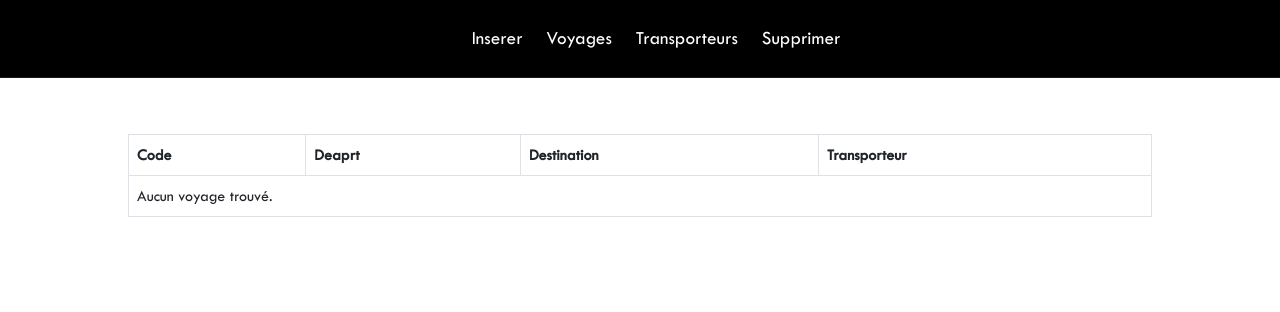
Repository: padevft/examen1-php
Page: http://localhost/server/pages/voyages.php
The author's editor kept a copy of each file at every save. The page is drawn from the files as they stood at one save, then again after the next save.
The browser window is 1280 px wide. The pictures show the whole page.
The page is run by PHP 8.4 with error messages shown; the project is at /var/www/html/.

Above is the page before, as saved 2023-10-10 23:29:54.

### server/pages/voyages.php
<?php
    // require_once('../voyage/includes/Voyage.php');
    // require_once('../voyage/modeleVoyage.php');
    function Ctr_Liste(){
        // return Mdl_Liste();
        return "";
    }
    $resultat = Ctr_Liste();
?>

<!DOCTYPE html>
<html lang="en">

<head>
  <meta charset="UTF-8" />
  <meta name="viewport" content="width=device-width, initial-scale=1.0" />
  <title>Examen1</title>

  <link rel="stylesheet" href="../../client/utilitaires/bootstrap/css/bootstrap.min.css">
  <link rel="stylesheet" href="../../client/utilitaires/font-awesome-4.7.0/css/font-awesome.min.css">
  <link rel="stylesheet" href="../../client/utilitaires/swiper/swiper-bundle.min.css">
  <link rel="stylesheet" href="../../client/css/styles.css">

</head>

<body>
  <header>
    <nav class="container-nav">
        <ul class="d-flex flex-row align-items-center justify-content-center gap-4 menu">
          <li><a href="./../../index.php" class="menu-item">Inserer</a></li>
            <li><a href="/server/pages/voyages.php" class="menu-item">Voyages</a></li>
            <li><a href="/server/pages/transporteurs.php" class="menu-item">Transporteurs</a></li>
            <li><a href="/server/pages/supprimerVols.php" class="menu-item">Supprimer</a></li>
        </ul>
    </nav>
  </header>
  <main class="voyages">
    <div class="table-responsive">
        <table class="table table-bordered rounded my-2 bg-white">
                <thead>
                    <tr class="active text-secondary">
                        <th>Code</th>
                        <th>Deaprt</th>
                        <th>Destination</th>
                        <th>Transporteur</th>
                    </tr>
                </thead>
                <tbody>
                <?php
                    // Testez si $resultat est un tableau
                    if (is_array($resultat)) {
                        // Si c'est un tableau, itérez à travers les éléments et affichez-les
                        foreach ($resultat as $row) {
                            echo "<tr>";
                            echo "<td>" . $row['code'] . "</td>";
                            echo "<td>" . $row['depart'] . "</td>";
                            echo "<td>" . $row['destination'] . "</td>";
                            echo "<td>" . $row['transporteur'] . "</td>";
                            echo "</tr>";
                        }
                    } else {
                        // Sinon, affichez un message d'erreur
                        echo "<tr><td colspan='4'>Aucun voyage trouvé.</td></tr>";
                    }
                    ?>
                </tbody>
            </table>
    </div>

  </main>
  </main>
  <script src="../../client/utilitaires/Jquery/jquery-3.6.0.min.js"></script>
  <script src="../../client/utilitaires/bootstrap/js/bootstrap.min.js"></script>
</body>

</html>

### client/css/styles.css
/* var text-decoration */
@font-face {
  font-family: myfont;
  src: url(../utilitaires/fonts/ufonts.com_tw-cen-mt.ttf);
}

:root {
  --color-primary: #c54f13;
  --color-primary-1: #b76b452e;
  --color-white-1: #fff;
  --color-dashed: #cccccc2f;
  --color-dashed-1: #cccccc90;
  --color-bg-1: rgba(0, 0, 0, 0.366);
}

* {
  transition: all 0.5s ease;
}

body {
  font-family: myfont !important;
}
h1 {
  display: inline-flex;
  position: relative;
  cursor: pointer;
}

a {
  color: unset;
  outline: unset;
  text-decoration: none !important;
}

ul {
  list-style-type: none; /* Retire les puces */
}

/*

****************************
Header
****************************

*/

header ul {
  margin: 0 !important;
}
.container-nav {
  padding: 1.5rem 0rem;
  background-color: black;
  border-bottom: 1px solid rgba(255, 255, 255, 0.1);
}

.menu-item {
  display: inline;
  position: relative;
  color: var(--color-white-1);
  padding-bottom: 5px;
  font-size: 1.2rem;
}

.menu-item:hover {
  color: var(--color-primary);
}
.menu-item::before {
  content: "";
  position: absolute;
  bottom: 0;
  left: 0;
  background: var(--color-primary);
  height: 2.5px;
  opacity: 1;
  visibility: visible;
  width: 0;
  -webkit-transition: 0.4s all ease-out;
  -o-transition: 0.4s all ease-out;
  transition: 0.4s all ease-out;
}
.menu-item:hover:before {
  width: 100%;
}

.container-form{
  border : 1px solid #ccc;
  border-radius: 10px;
  height: 100vh;
}
.voyages{
  padding: 3rem 8rem;
}

Loaded but not shown: client/utilitaires/bootstrap/css/bootstrap.min.css (library); client/utilitaires/font-awesome-4.7.0/css/font-awesome.min.css (library); client/utilitaires/swiper/swiper-bundle.min.css (library); client/utilitaires/Jquery/jquery-3.6.0.min.js (library); client/utilitaires/bootstrap/js/bootstrap.min.js (library)

After the next save:
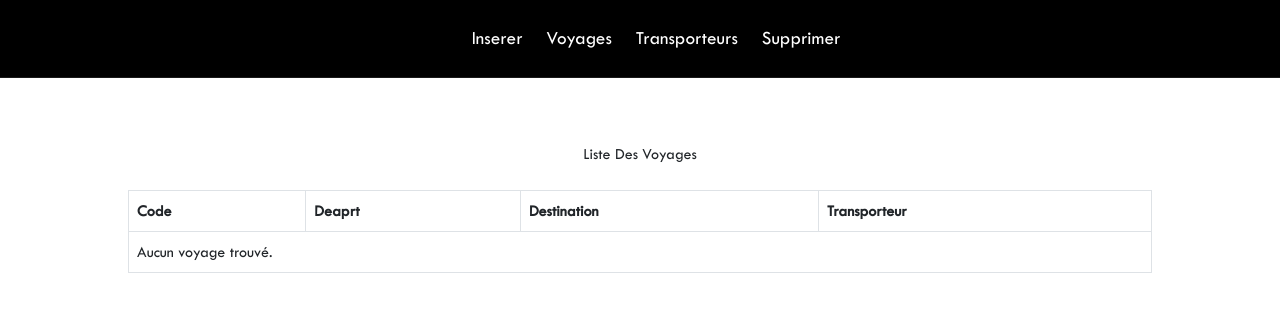
Saved 4 min 8 s later.
--- a/server/pages/voyages.php
+++ b/server/pages/voyages.php
@@ -35,6 +35,7 @@
     </nav>
   </header>
   <main class="voyages">
+    <div class="d-flex justify-content-center py-3">Liste Des Voyages</div>
     <div class="table-responsive">
         <table class="table table-bordered rounded my-2 bg-white">
                 <thead>
